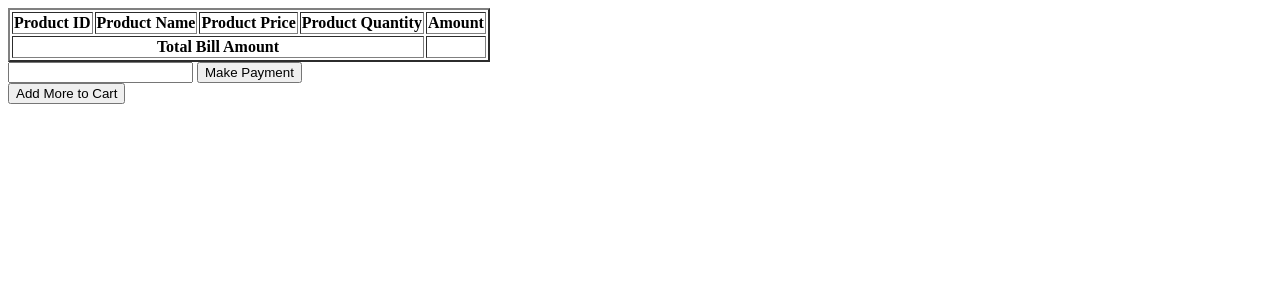
Repository: devgpta19/CDAC-Assignments
Page: http://localhost/ProductsAndUsersUsingJSPAndServlet/ShowCart.jsp
The author's editor kept a copy of each file at every save. The page is drawn from the files as they stood at one save, then again after the next save.
The browser window is 1280 px wide. The pictures show the whole page.
The page is served by Tomcat 9. The template is opened directly, without the code that normally fills it, so the values that code supplies are empty.

Above is the page before, as saved 2025-11-28 13:20:27.

After the next save:
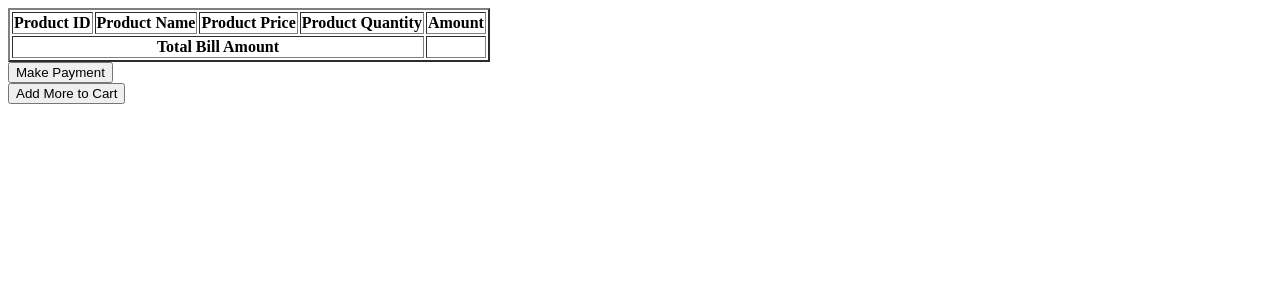
Saved 4 s later.
--- a/Adv.Java/Day6-8/ProductsAndUsersUsingJSPAndServlet/src/main/webapp/ShowCart.jsp
+++ b/Adv.Java/Day6-8/ProductsAndUsersUsingJSPAndServlet/src/main/webapp/ShowCart.jsp
@@ -38,7 +38,7 @@
 			</tr>
 		</table>
 
-		<input type="hiddne" name="totalAmt" id="totalAmt" />
+		<input type="hidden" name="totalAmt" id="totalAmt" />
 
 		<button type="submit" name="btn" id="btn">Make Payment</button>
 	</form>
